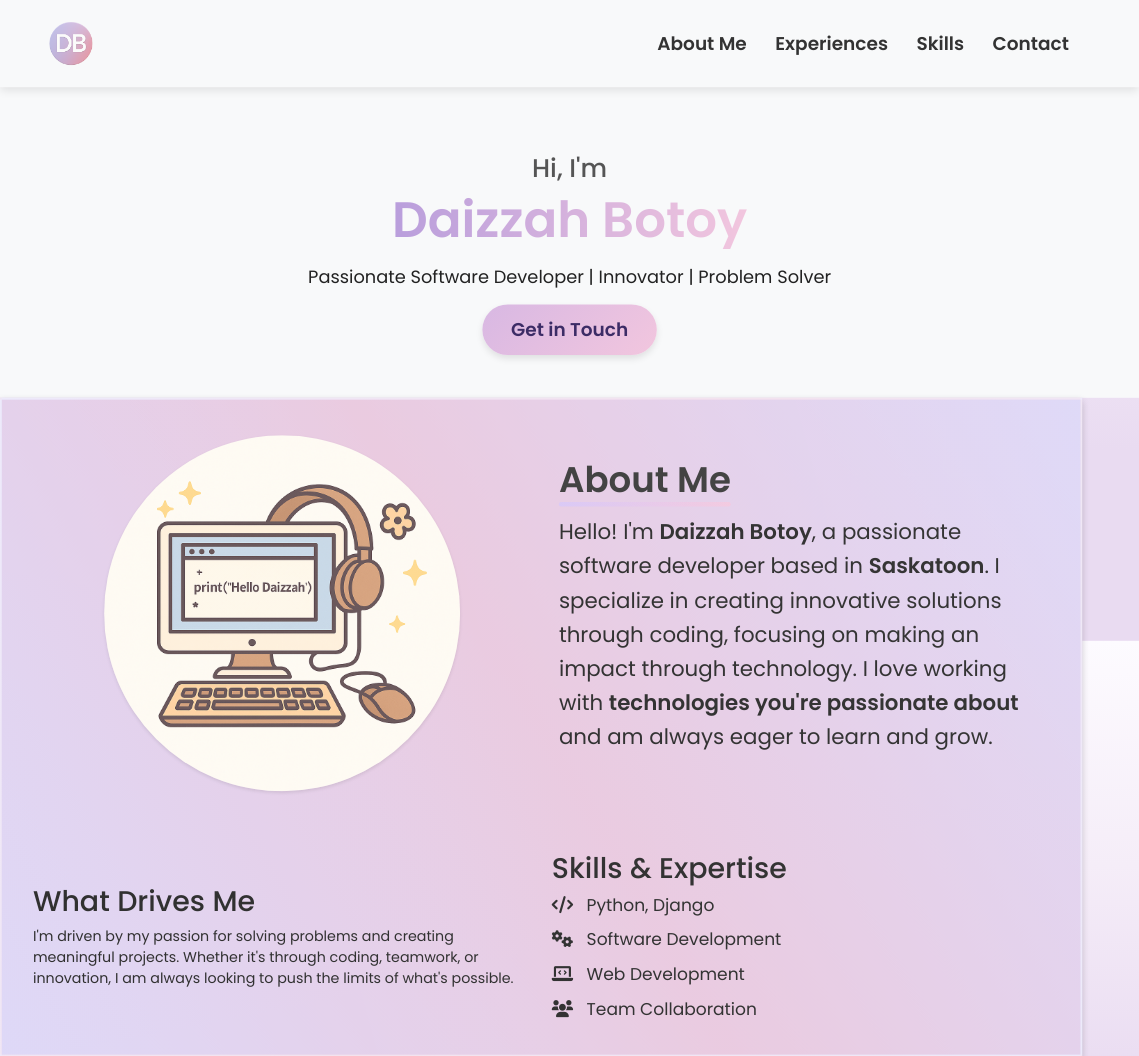
Repository: daizzah/daizzah-portfolio
Page: aboutme.html
The author's editor kept a copy of each file at every save. The page is drawn from the files as they stood at one save, then again after the next save.
The browser window is 1280 px wide. The pictures show the whole page, at 89% of full size.
Backgrounds fixed to the window are drawn as part of the page.

Above is the page before, as saved 2025-03-30 23:34:29.

### aboutme.html
<!DOCTYPE html>
<html lang="en">
    <head>
        <meta charset="UTF-8">
        <meta name="viewport" content="width=device-width, initial-scale=1.0">
        <title>Daizzah Botoy - About Me</title>
        <link href="https://cdn.jsdelivr.net/npm/bootstrap@5.3.1/dist/css/bootstrap.min.css" rel="stylesheet">
        <link href="https://cdnjs.cloudflare.com/ajax/libs/font-awesome/6.0.0-beta3/css/all.min.css" rel="stylesheet">
        <link href="https://fonts.googleapis.com/css2?family=Poppins:wght@400;500;600&display=swap" rel="stylesheet">
        <link rel="stylesheet" href="styles.css">
    </head>
    <body>
        <nav class="navbar navbar-expand-lg navbar-light bg-light sticky-top">
            <div class="container">
                <a class="navbar-brand" href="#">
                    <img src="assets/db_icon.png" alt="DB Logo" style="height: 50px; width: 50px; border-radius: 50%; object-fit: cover; box-shadow: none; background: none;">
                  </a>
                <button
                    class="navbar-toggler"
                    type="button"
                    data-bs-toggle="collapse"
                    data-bs-target="#navbarNav"
                    aria-controls="navbarNav"
                    aria-expanded="false"
                    aria-label="Toggle navigation"
                >
                    <span class="navbar-toggler-icon"></span>
                </button>
                <div class="collapse navbar-collapse" id="navbarNav">
                    <ul class="navbar-nav ms-auto">
                        <li class="nav-item">
                            <a class="nav-link" href="#aboutme">About Me</a>
                        </li>
                        <li class="nav-item">
                            <a class="nav-link" href="#experiences">Experiences</a>
                        </li>
                        <li class="nav-item">
                            <a class="nav-link" href="#skills">Skills</a>
                        </li>
                        <li class="nav-item">
                            <a class="nav-link" href="#contact">Contact</a>
                        </li>
                    </ul>
                </div>
            </div>
        </nav>
        <section id="hero" class="text-center py-5 bg-light">
            <div class="container">
              <h1 class="hero-name">
                <span class="hello">Hi, I'm</span><br>
                <span class="gradient-name">Daizzah Botoy</span>
              </h1>
              <p class="lead">Passionate Software Developer | Innovator | Problem Solver</p>
              <a href="#contact" class="btn btn-primary btn-lg">Get in Touch</a>
            </div>
          </section>

        <section id="about-me">
            <div class="pink-box">
                <div class="container">
                    <div class="row align-items-center">
                        <div class="col-md-6 text-center"> <!-- Added text-center to center the image -->
                            <img src="assets/doodle.png" class="profile-img img-fluid">
                        </div>
                        <div class="col-md-6">
                            <h1 id="about-title">About Me</h1>
                            <p class="bio">Hello! I'm <strong>Daizzah Botoy</strong>, a passionate software developer based in <strong>Saskatoon</strong>. I specialize in creating innovative solutions through coding, focusing on making an impact through technology. I love working with <strong>technologies you're passionate about</strong> and am always eager to learn and grow.</p>
                        </div>
                    </div>
                    <!-- Additional Details Section -->
                    <div class="row mt-5">
                        <div class="col">
                            <h2>What Drives Me</h2>
                            <p>
                                I'm driven by my passion for solving problems and creating meaningful projects.
                        Whether it's through coding, teamwork, or innovation, I am always looking to push the limits of what's possible.
                            </p>
                        </div>
                        <div class="col">
                            <h2>Skills & Expertise</h2>
                            <ul class="skills-list">
                                <li>
                                    <i class="fas fa-code"></i>
                                    Python, Django
                                </li>
                                <li>
                                    <i class="fas fa-cogs"></i>
                                    Software Development
                                </li>
                                <li>
                                    <i class="fas fa-laptop-code"></i>
                                    Web Development
                                </li>
                                <li>
                                    <i class="fas fa-users"></i>
                                    Team Collaboration
                                </li>
                            </ul>
                        </div>
                    </div>
                    <!-- <div class="row mt-5">

                    </div> -->
                </div>
            </div>
        </section>
    </body>
</html>

### styles.css
html, body {
    height: auto;
    min-height: 100vh;
    margin: 0;
    padding: 0;
    font-family: "Poppins", serif;
    background: linear-gradient(180deg, #fdfbff 0%, #f5edf8 35%, #e9dbf1 70%);
    background-repeat: no-repeat;
    background-attachment: fixed;
    display: flex;
    flex-direction: column;
}

/* ANIMATIONS */
@keyframes fadeIn {
    from {
        opacity: 0;
        transform: translateY(20px);
    }
    to {
        opacity: 1;
        transform: translateY(0);
    }
}
@keyframes slideIn {
    0% {
        background-position: 100% 0;
    }
    100% {
        background-position: 0 0;
    }
}
@keyframes rollIn {
    0% {
        transform: rotateX(90deg);
        opacity: 0;
    }
    100% {
        transform: rotateX(0deg);
        opacity: 1;
    }
}
/* NAVIGATION BAR */
.navbar {
    background-color: #dedde3;
    padding: 1.5rem 1rem;
    font-size: 1.2rem;
    font-weight: 600;
    box-shadow: 0 4px 10px rgba(0, 0, 0, 0.1);
}
.navbar-brand {
    padding: 0;
    border-radius: 0;
    box-shadow: none;
    background: none;
}
.navbar-brand img {
    height: 40px;
    width: 40px;
    border-radius: 50%;
    object-fit: cover;
}

.navbar-brand:hover {
    box-shadow: 0 0 20px rgba(0, 0, 0, 0.3); /* Slightly stronger shadow on hover */
}
.navbar-nav .nav-link {
    transition: color 0.3s ease, transform 0.3s ease;
    font-weight: 600;
    font-size: 1.3rem; /* Larger font size for more impact */
    margin-right: 1rem;
    color: #333;
}
.navbar-nav .nav-link:hover {
    color: #5a4b81;
    transform: scale(1.05);
}
.navbar-nav .nav-link.active {
    color: #5a4b81;
    border-bottom: 2px solid #5a4b81;
}

/* TITLE */
.title-container,
.description-container {
    max-width: 1000px; /* Ensure both have the same width */
    margin: 0 auto; /* Center them */
    padding: 1.5rem; /* Add padding to both for consistency */
}
.title-container {
    text-align: left;
    justify-content: flex-start; /* Align content to the left */
    margin-top: 1rem;
}
.title-container span {
    display: inline-block;
    transform: rotateX(90deg);
    opacity: 0;
    animation: rollIn 0.3s ease forwards;
}

.subheading1 {
    font-size: 2.5rem;
    font-weight: 600;
}

.title-name {
    position: relative;
    display: inline-block;
    font-size: 4rem;
    font-weight: 600;
    color: #222;
}

.title-name::after {
    content: '';
    position: absolute;
    bottom: -10px;
    left: 0;
    width: 100%;
    height: 4px;
    background: linear-gradient(90deg, #d3b6f2, #f2c6de);
    border-radius: 2px;
}


.subheading2 {
    font-size: 2.5rem;
}


/* DESCRIPTION */
.description-container {
    display: flex;
    justify-content: flex-start; /* Align items to the left */
    align-items: flex-start;
    gap: 6rem;
}
.description-wrapper {
    display: flex;
    flex-direction: column;
    text-align: left;
}
.description-wrapper .btn-lg {
    margin-top: 1rem;
}
.short-description {
    font-family: "Poppins", sans-serif;
    font-weight: 500; /* Poppins has more thickness at 500 */
    max-width: 650px; /* Wider box */
    text-align: left;
    background-color: #f7f5ff; /* White background */
    padding: 2rem; /* Increase padding for more spacious feel */
    border-radius: 4px; /* Smooth, rounded corners */
    font-size: 1.3rem; /* Larger font size for readability */
    box-shadow: 0 15px 30px rgba(0, 0, 0, 0.1); /* Soft shadow for depth */
    animation: fadeIn 1s ease-in-out;
    line-height: 1.75; /* Line spacing for better readability */
    color: #333; /* Darker text for contrast */
}
.short-description h3 {
    font-size: 2rem;
    font-weight: 600;
    color: #333; /* Darker color for headings */
    margin-bottom: 1rem; /* Space after headings */
}
.short-description p {
    font-weight: 500; /* Adjust text weight for paragraphs (description) */
    font-stretch: expanded;
    margin-bottom: 1.5rem; /* Space between paragraphs */
}
.short-description .highlight {
    font-weight: bold;
    color: #5a4b81;
}

.short-description .cta-link {
    color: #5a4b81;
    font-weight: 600;
    text-decoration: underline;
    cursor: pointer;
}
.short-description:hover {
    box-shadow: 0 20px 40px rgba(0, 0, 0, 0.15); /* Stronger shadow on hover */
    transform: scale(1.05); /* Scale up effect */
    transition: all 0.3s ease;
}
.short-description .cta-link:hover {
    color: #3c2c66;
}
/* BUTTONS */
.button-container {
    display: flex;
    justify-content: center;
    gap: 3rem;
    margin-top: 1.1rem;
}
.btn-lg {
    padding: 0.8rem 2rem;
    font-size: 1.3rem;
    font-weight: 600;
    border: none;
    border-radius: 50px;
    background: linear-gradient(135deg, #d8b8e3, #f2c6de);
    color: #3c2c66;
    box-shadow: 0 4px 8px rgba(0, 0, 0, 0.1);
    transition: all 0.3s ease;
}

.btn-lg:hover {
    background: linear-gradient(135deg, #cda1da, #e8acc5);
    transform: translateY(-2px);
    box-shadow: 0 6px 12px rgba(0, 0, 0, 0.15);
}

.fade-in {
    opacity: 0;
    transform: translateY(20px); /* Adds a smooth upward motion */
    transition: opacity 0.5s ease, transform 0.5s ease;
}

.fade-in.visible {
    opacity: 1;
    transform: translateY(0);
}

/* PICTURES */
.profile-section {
    display: flex;
    flex-direction: column; /* Stack vertically */
    align-items: center; /* Horizontally center children */
    justify-content: center; /* Ensure proper vertical alignment */
    gap: 28px; /* Space between children */
}

.profile-picture {
    max-width: 400px;
    max-height: 400px;
    border-radius: 4px;
    box-shadow: 0 2px 4px rgba(0,0,0,0.1);
    animation: fadeIn 1s ease-in-out;
    transition: transform 0.3s ease, box-shadow 0.3s ease;
}
.profile-picture:hover {
    transform: scale(1.1);
    box-shadow: 0 4px 8px rgba(0,0,0,0.15);
}
.profile-link {
    position: relative; /* Ensures tooltip is positioned relative to this element */
    display: inline-block; /* Ensures proper layout for the tooltip */
}

.profile-link::after {
    content: "Click for LinkedIn"; /* Tooltip text */
    position: absolute;
    top: -50px; /* Position below the profile picture */
    left: 50%; /* Center horizontally */
    transform: translateX(-50%);
    background-color: rgba(0, 0, 0, 0.7); /* Semi-transparent black background */
    color: white;
    padding: 5px 10px;
    font-size: 15px;
    border-radius: 4px;
    white-space: nowrap;
    opacity: 0; /* Initially hidden */
    pointer-events: none; /* Prevent interaction with the tooltip */
    transition: opacity 0.3s ease;
}

.profile-link:hover::after {
    opacity: 1; /* Show tooltip on hover */
}

.languages-container {
    background-color: #ece4ff;
    padding: 2rem;
    border-radius: 4px;
    max-width: 600px;
    margin-top: 1.5rem;
    box-shadow: 0 4px 8px rgba(0, 0, 0, 0.1);
}

.languages-icons {
    display: flex;
    flex-wrap: wrap;
    gap: 10px;
    justify-content: center; /* Center the icons inside the container */
}

.language-icon {
    position: relative;
    display: inline-block;
    width: 70px; /* Adjust size to fit icons */
}
.language-icon img:hover {
    transform: scale(1.1); /* Slight zoom on hover */
}

.language-icon img {
    width: 53px;
    height: 53px;
}

.language-icon::after {
    content: attr(data-name);
    position: absolute;
    top: -30px;
    left: 50%;
    transform: translateX(-50%);
    padding: 5px;
    background-color: rgba(0, 0, 0, 0.7);
    color: white;
    font-size: 13px;
    border-radius: 4px;
    opacity: 0;
    pointer-events: none;
    transition: opacity 0.3s ease;
}

.language-icon:hover::after {
    opacity: 1;
}
.languages-container,
.profile-picture {
    margin: 0 auto;
}

/* CARD */

.card {
    transition: transform 0.3s ease, box-shadow 0.3s ease; /* Smooth transition */
    border-radius: 8px;  /* Reduce border radius significantly */
    box-shadow: 0 2px 6px rgba(0,0,0,0.08); /* Less pronounced shadow */
    background-color: #f7f5ff;
    border: none; /* Remove border completely */
}

.card:hover {
    transform: translateY(-5px);
    box-shadow: 0 6px 15px rgba(0, 0, 0, 0.1);
}

.card-body {
    padding: 1.5rem;
    color: #333;
}

.card-img-top {
    border-radius: 5px;
}

.card-title {
    font-weight: 600;
    color: #333;
}

.card-text {
    font-size: 1rem;
    color: #333;
}
.experience-title {
    display: inline-block;
    font-size: 1.8rem;
    font-weight: 700;
    letter-spacing: 1px;
    text-transform: uppercase;
    background: linear-gradient(90deg, #f2c6de, #ece4ff);
    padding: 0.6rem 1.2rem;
    border-radius: 12px;
    color: #2b2b2b;
    box-shadow: 0 4px 12px rgba(0, 0, 0, 0.08);
    margin-bottom: 1rem;
}

.experience-title:hover {
    transform: translateY(-4px);
    box-shadow: 0 6px 15px rgba(0,0,0,0.15);
}


/* About Me Section */
.pink-box {
    background: linear-gradient(60deg, #dcd6f7, #e8c7de, #dcd6f7);    padding: 20px;
    max-width: 95%;
    box-shadow: 0 4px 8px rgba(0, 0, 0, 0.2);
    position: relative;
    overflow: hidden;
    border: 2px solid rgba(255, 255, 255, 0.5);
}
.pink-box::after {
    content: '';
    position: absolute;
    top: -50%;
    left: -50%;
    width: 200%;
    height: 200%;
    background: linear-gradient(45deg, rgba(255, 255, 255, 0.05), rgba(255, 255, 255, 0.1));    transform: rotate(30deg);
    pointer-events: none;
}

#about-title {
    font-size: 2.5rem;
    font-weight: bold;
    color: #333333;
    margin-bottom: 1rem;
    position: relative;
    display: inline-block;
}

#about-title::after {
    content: '';
    position: absolute;
    left: 0;
    bottom: -6px;
    width: 100%;
    height: 5px;
    background: linear-gradient(to right, #d7c5f5, #f2c6de);
    border-radius: 3px;
}

.container {
    max-width: 1200px;
    margin: 0 auto;
    padding: 0 15px;
}

.text-center {
    text-align: center;
}
.row {
    display: flex;
    align-items: center; /* Vertically centers the content */
}
.profile-img {
    width: 100%; /* Makes the image responsive */
    max-width: 400px; /* Increase from 300px to 400px (or your preferred size) */
    height: auto; /* Maintains aspect ratio */
    border-radius: 50%; /* Optional: Makes the image circular */
    box-shadow: 0 2px 4px rgba(0,0,0,0.1);
}
.profile-img:hover {
    box-shadow: 0 4px 8px rgba(0,0,0,0.15);
}
.col-md-6 {
    padding: 20px; /* Adds space inside the text column */
}
.col-md-7 {
    padding: 20px; /* Adds padding inside the text column */
}

/* Bio Section */
.bio {
    font-size: 1.5rem; /* Adjust size as needed */
    line-height: 1.6; /* Improves readability */
    color: #333; /* Darker text for contrast */
}

/* Skills List */
.skills-list {
    list-style: none;
    padding-left: 0;
}

.skills-list li {
    font-size: 1.2rem;
    margin-bottom: 10px;
}

.skills-list li i {
    margin-right: 10px;
}


body, .bio, .card-body, .short-description p {
    color: #222222;
}

footer, .container.my-5 {
    background-color: transparent !important;
}

footer {
    margin-top: auto;
}

.subheading1,
.title-name,
.subheading2,
.experience-title,
#about-title {
    color: #333333; /* neutral dark grey instead of purple */
}
.hero-name {
    font-size: 3.5rem;
    font-weight: 700;
    line-height: 1.2;
    margin-bottom: 1rem;
  }

  .hello {
    font-size: 1.8rem;
    font-weight: 500;
    color: #555;
  }

  .gradient-name {
    display: inline-block;
    background: linear-gradient(90deg, #b99edc, #f2c6de);
    -webkit-background-clip: text;
    -webkit-text-fill-color: transparent;
    background-clip: text;
  }

After the next save:
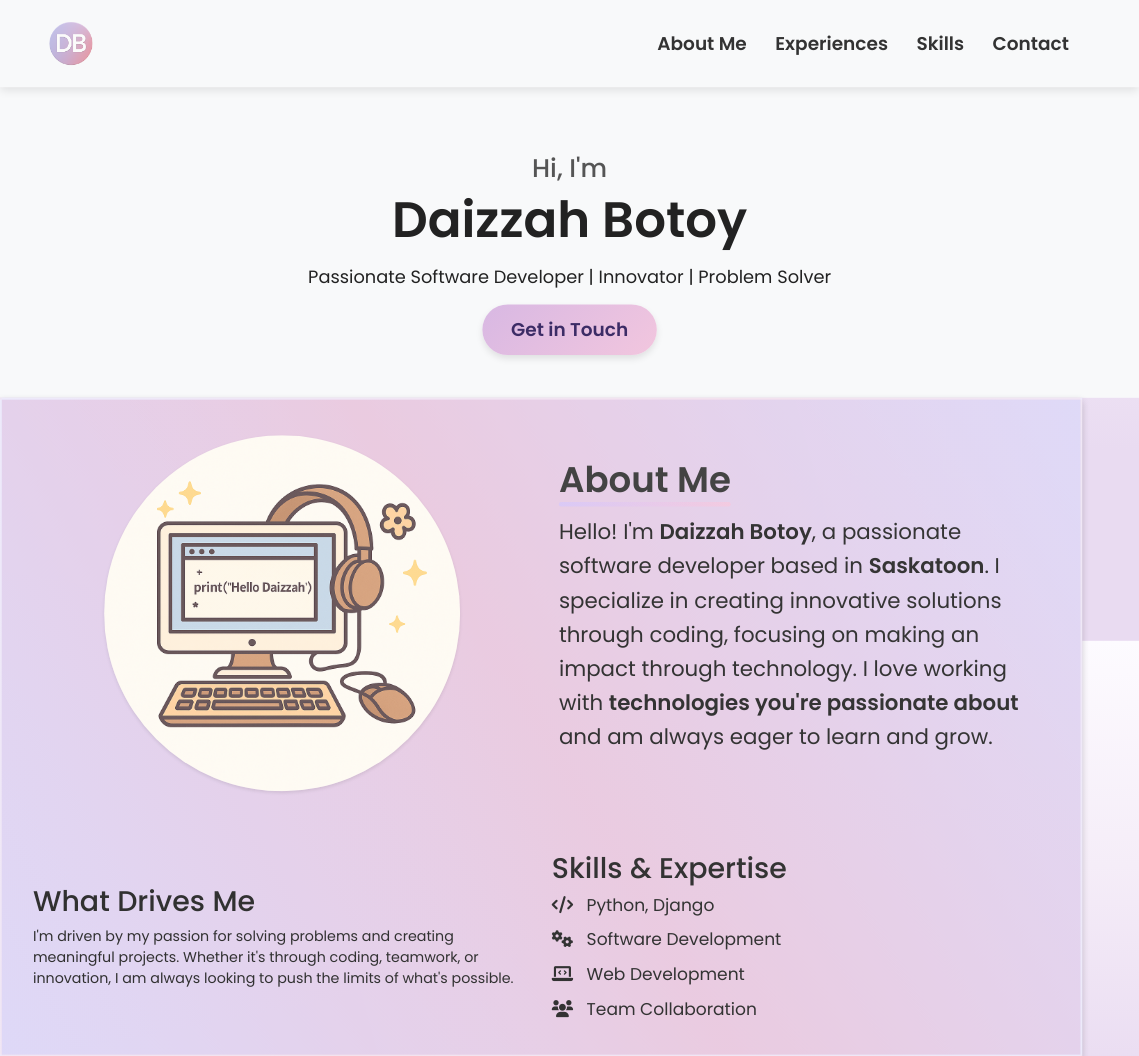
Saved 73 s later.
--- a/aboutme.html
+++ b/aboutme.html
@@ -46,10 +46,11 @@
         </nav>
         <section id="hero" class="text-center py-5 bg-light">
             <div class="container">
-              <h1 class="hero-name">
-                <span class="hello">Hi, I'm</span><br>
-                <span class="gradient-name">Daizzah Botoy</span>
-              </h1>
+                <h1 class="hero-name">
+                    <span class="hello">Hi, I'm</span><br>
+                    <span class="highlight-name">Daizzah <span class="surname">Botoy</span></span>
+                  </h1>
+
               <p class="lead">Passionate Software Developer | Innovator | Problem Solver</p>
               <a href="#contact" class="btn btn-primary btn-lg">Get in Touch</a>
             </div>
